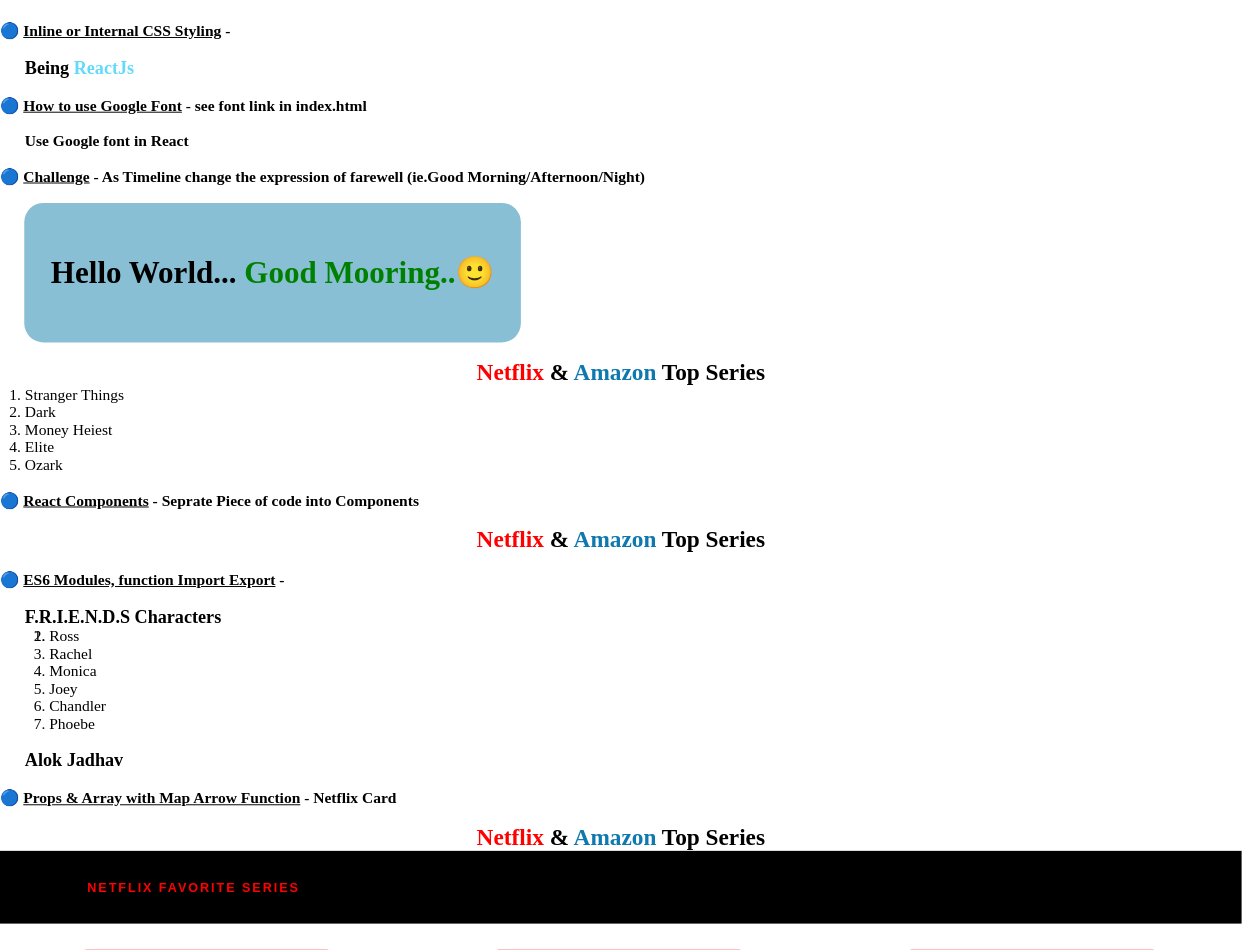
Repository: AalokJadhav/Being_ReactJS
Page: /
An editor plug-in stored every save of this project. The page is shown before and after the next save, followed by the edit.
The browser window is 1280 px wide. The pictures show the part of the page from y = 728 to 1707 px (the page is 3236 px tall before and 3254 px after), at 97% of full size.
Pictures or frames that could not be fetched are drawn as grey boxes. Some web fonts or font styles are not loaded; a fallback is used. The project was rebuilt for these pictures with package versions that can differ from the ones it lists, and the page was loaded fresh each time.

Above is the page before, as saved 2021-10-19 16:26:25.

After the next save:
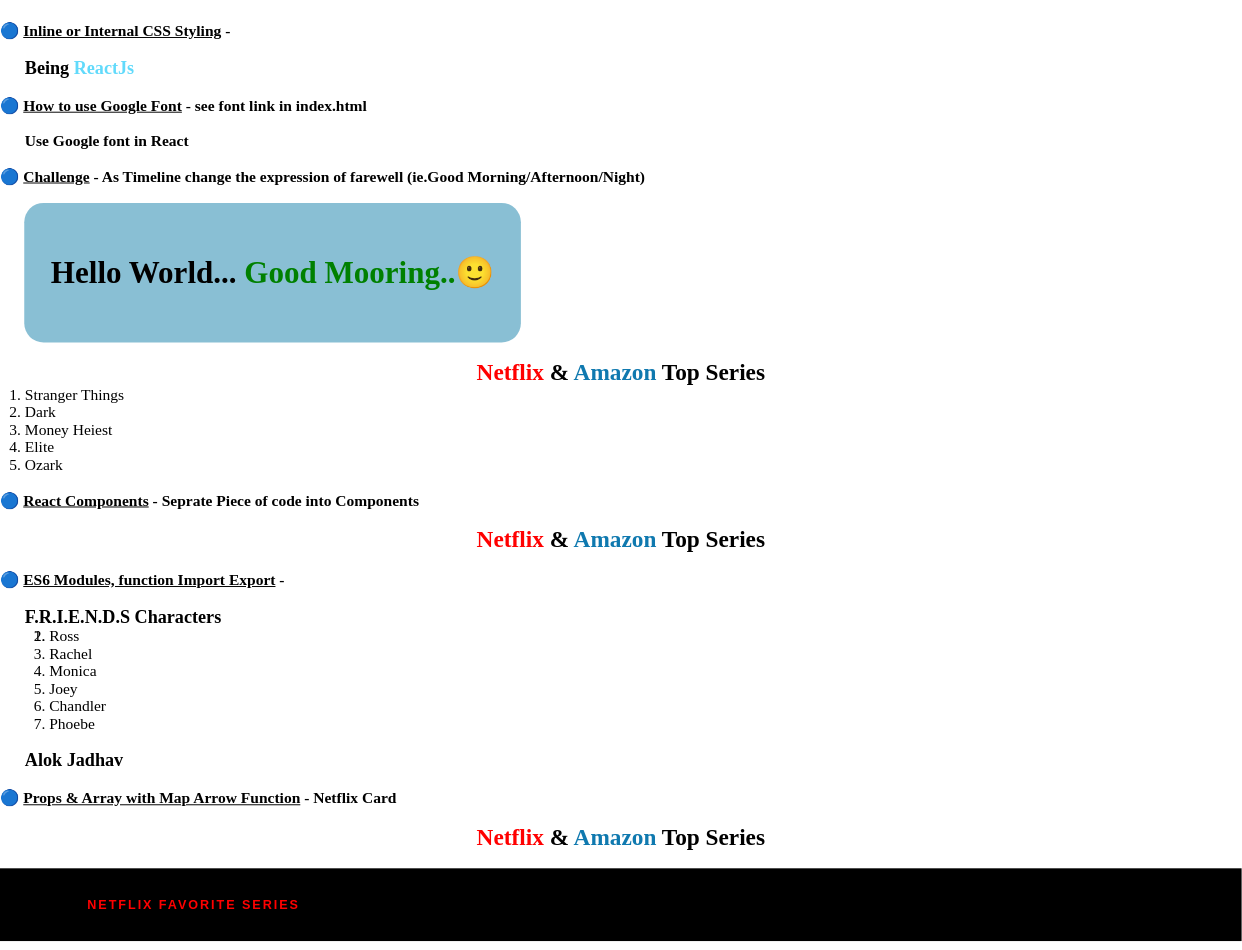
Saved 25 s later.
--- a/src/NetflixCard.jsx
+++ b/src/NetflixCard.jsx
@@ -8,7 +8,7 @@
     return (
         <>
             <h4>🔵 <u>Props & Array with Map Arrow Function</u> - Netflix Card</h4><br />
-            <Title />
+            <Title /><br />
             <h1 className="heading_styleN" >Netflix Favorite  Series</h1>
             {Sdata.map((val, index) => {
                 console.log(index);
